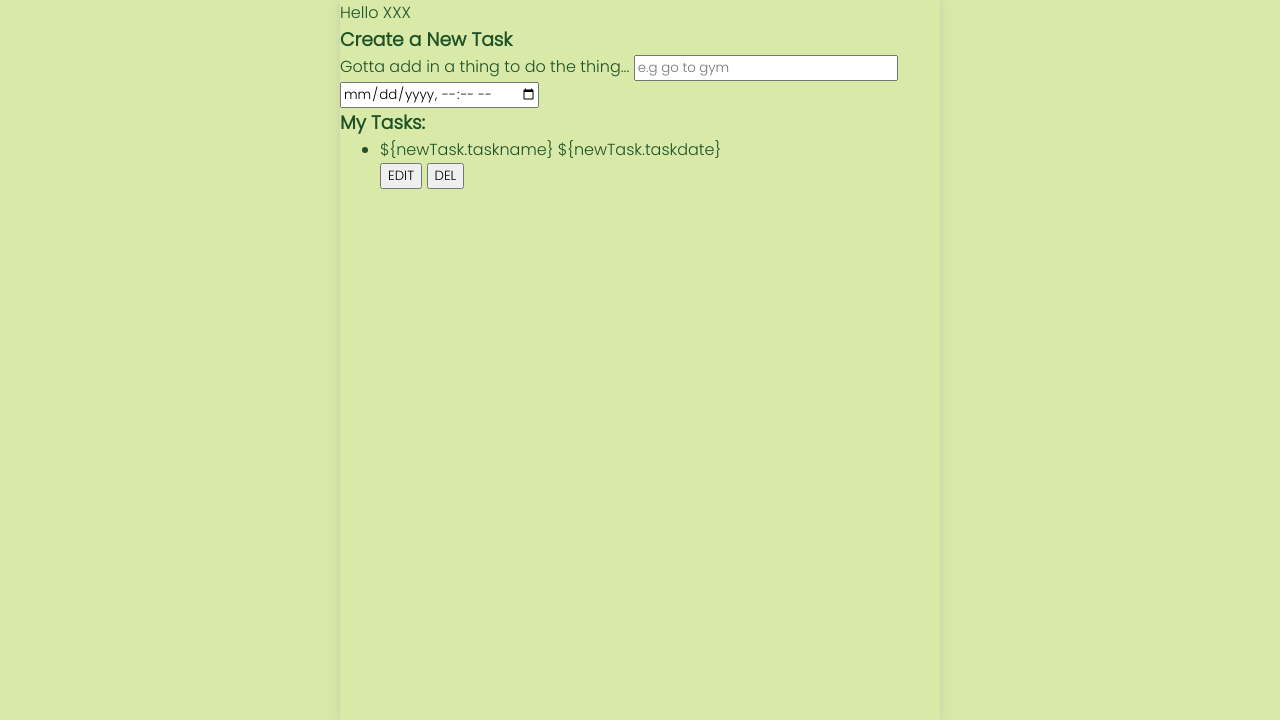
Repository: acidpixie/todo-app-version3
Page: index.html
The author's editor kept a copy of each file at every save. The page is drawn from the files as they stood at one save, then again after the next save.
The browser window is 1280 px wide. The pictures show the whole page.

Above is the page before, as saved 2022-06-11 15:25:42.

After the next save:
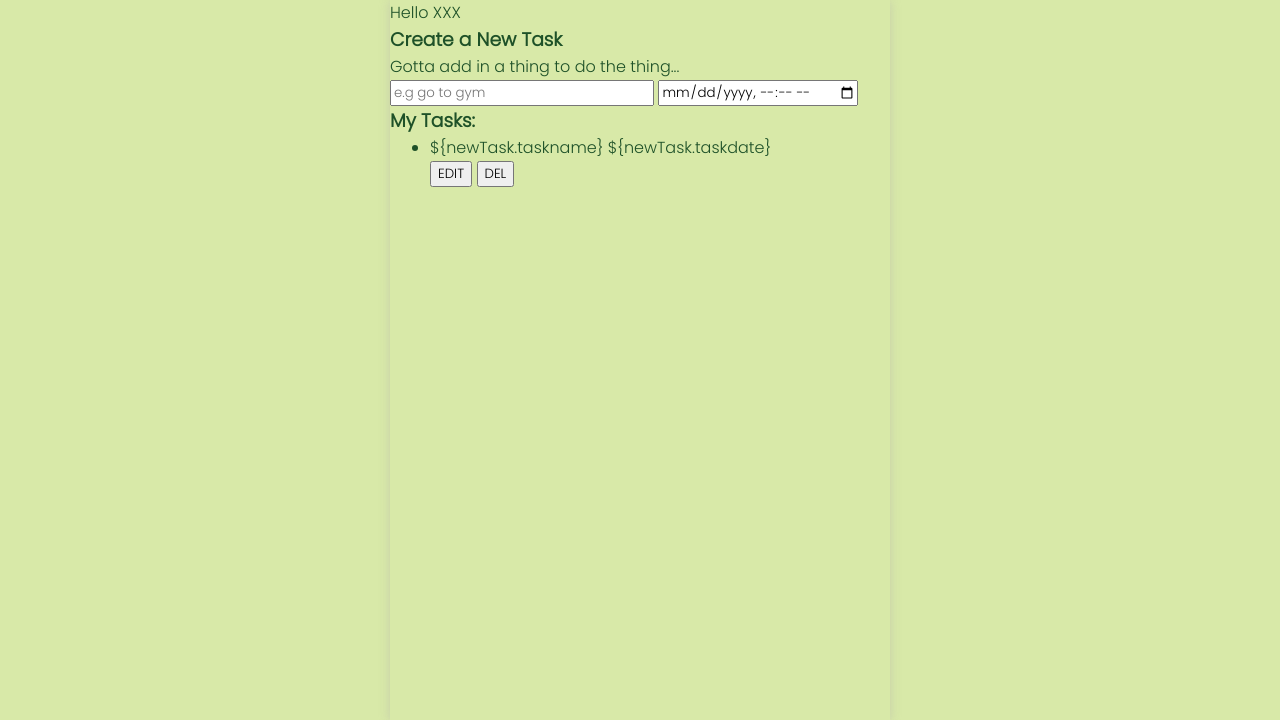
Saved 24 s later.
--- a/css/stylesheet.css
+++ b/css/stylesheet.css
@@ -16,7 +16,7 @@
 body {
     background-color: #D8E9A8;
     color: #1E5128;
-    max-width: 600px;
+    max-width: 500px;
     min-height: 100vh;
     margin: auto;
     box-shadow: 0 1px 10px 0px rgba(176, 173, 173, 0.467);
